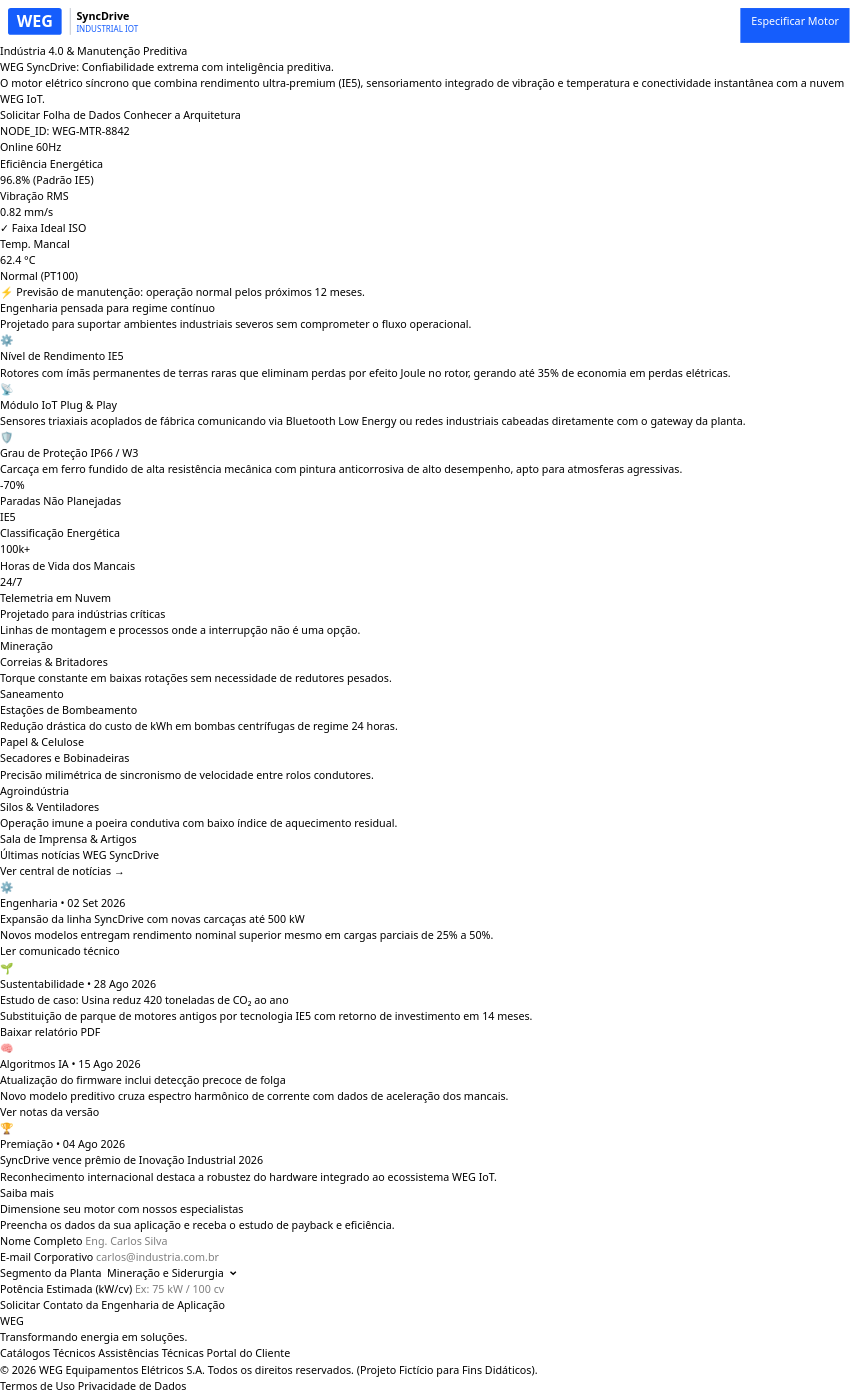
Repository: camilewng/Exercicio-Tailwind
Page: index.html
The author's editor kept a copy of each file at every save. The page is drawn from the files as they stood at one save, then again after a run of saves.
The browser window is 1280 px wide. The pictures show the whole page, at 67% of full size.

Above is the page before, as saved 2026-09-08 19:01:47.

After the next 2 saves:
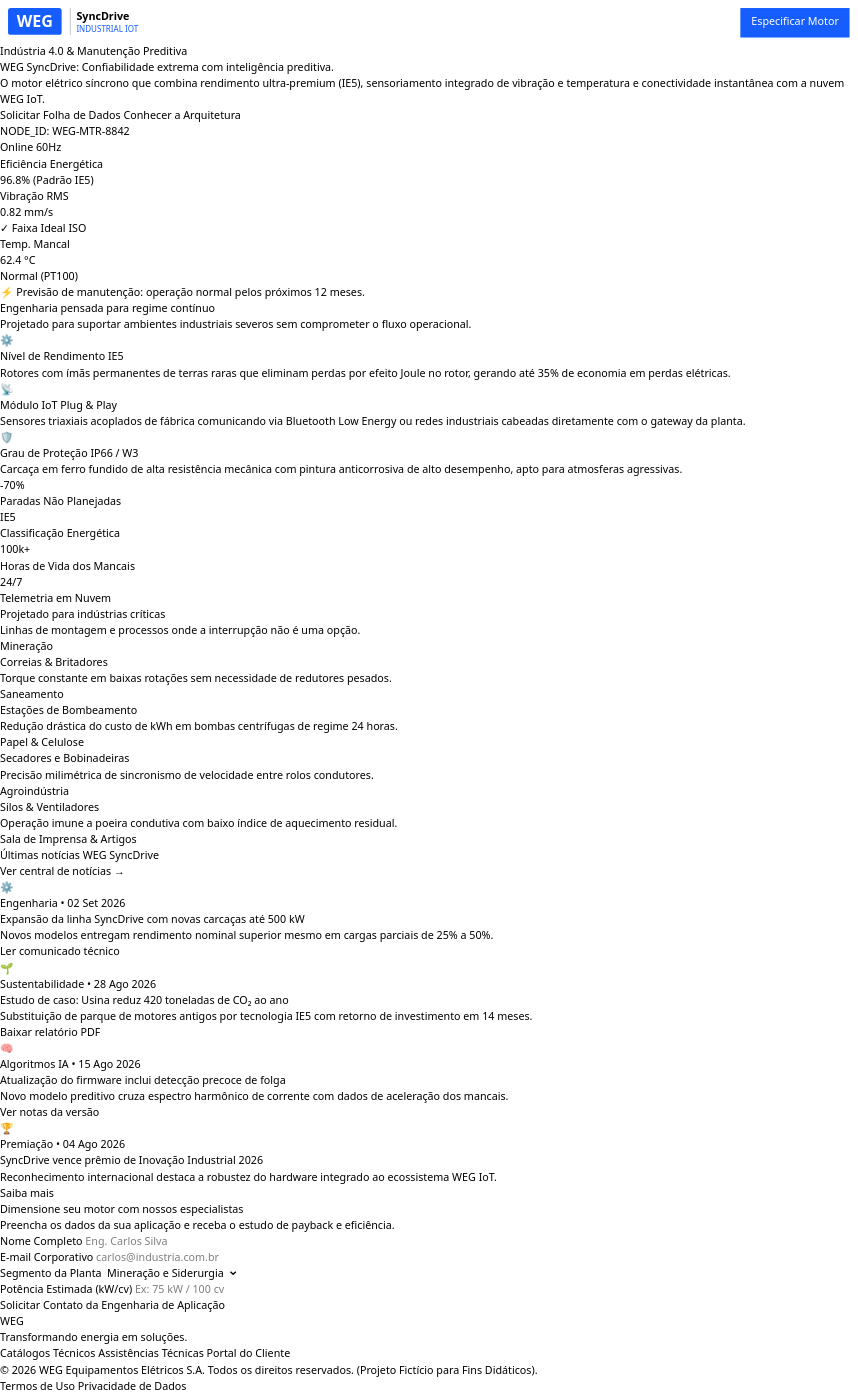
The 2 saves are shown as one change because they came seconds apart.
The last was saved 25 s later.
--- a/index.html
+++ b/index.html
@@ -37,7 +37,7 @@
 
       <div class="flex">
         <a href="#contato" class="hidden">Falar com Consultor</a>
-        <a href="#contato" class="bg-blue-600 text-white px-4 py-2 mr-3 mt-3">
+        <a href="#contato" class="bg-blue-600 text-white px-4 py-2 mr-3 mt-3 mb-2">
           Especificar Motor
         </a>
       </div>
